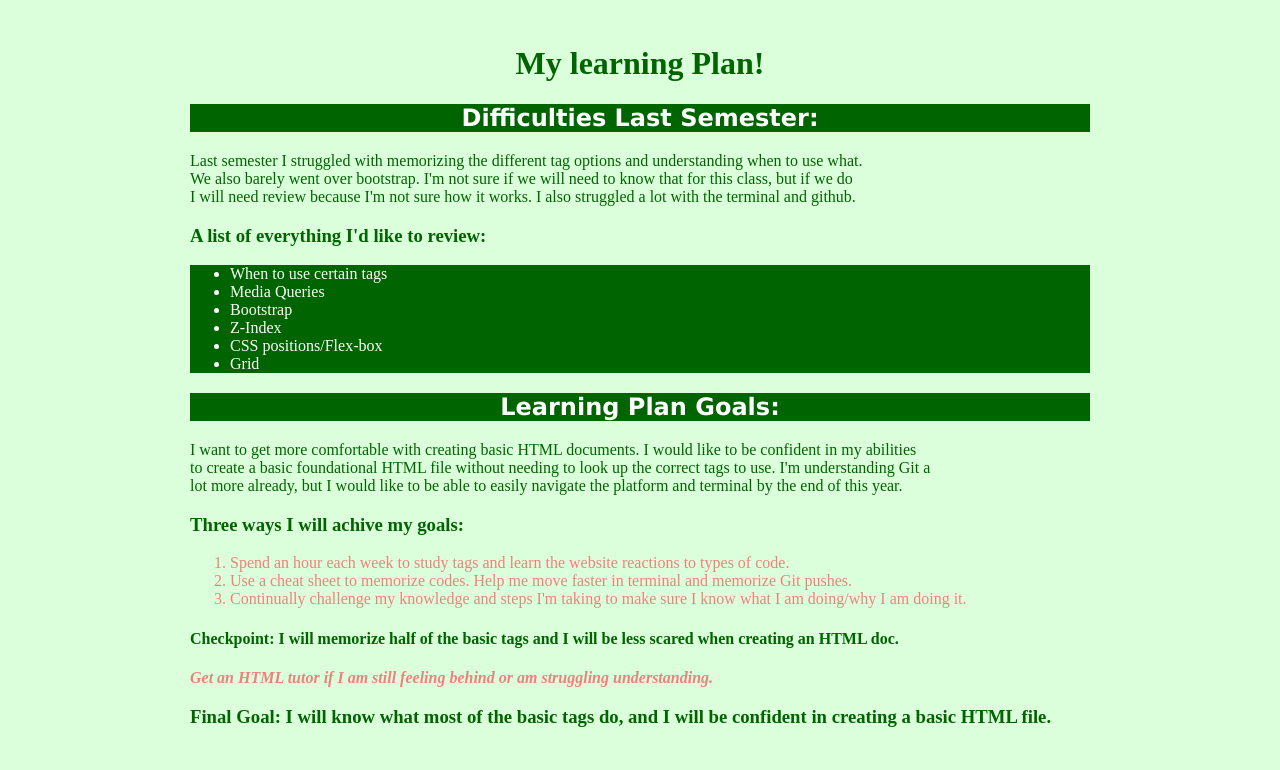
Repository: awollf/mdia-2109
Page: learning-plan.html
The author's editor kept a copy of each file at every save. The page is drawn from the files as they stood at one save, then again after the next save.
The browser window is 1280 px wide. The pictures show the whole page.

Above is the page before, as saved 2026-02-02 11:43:06.

After the next save:
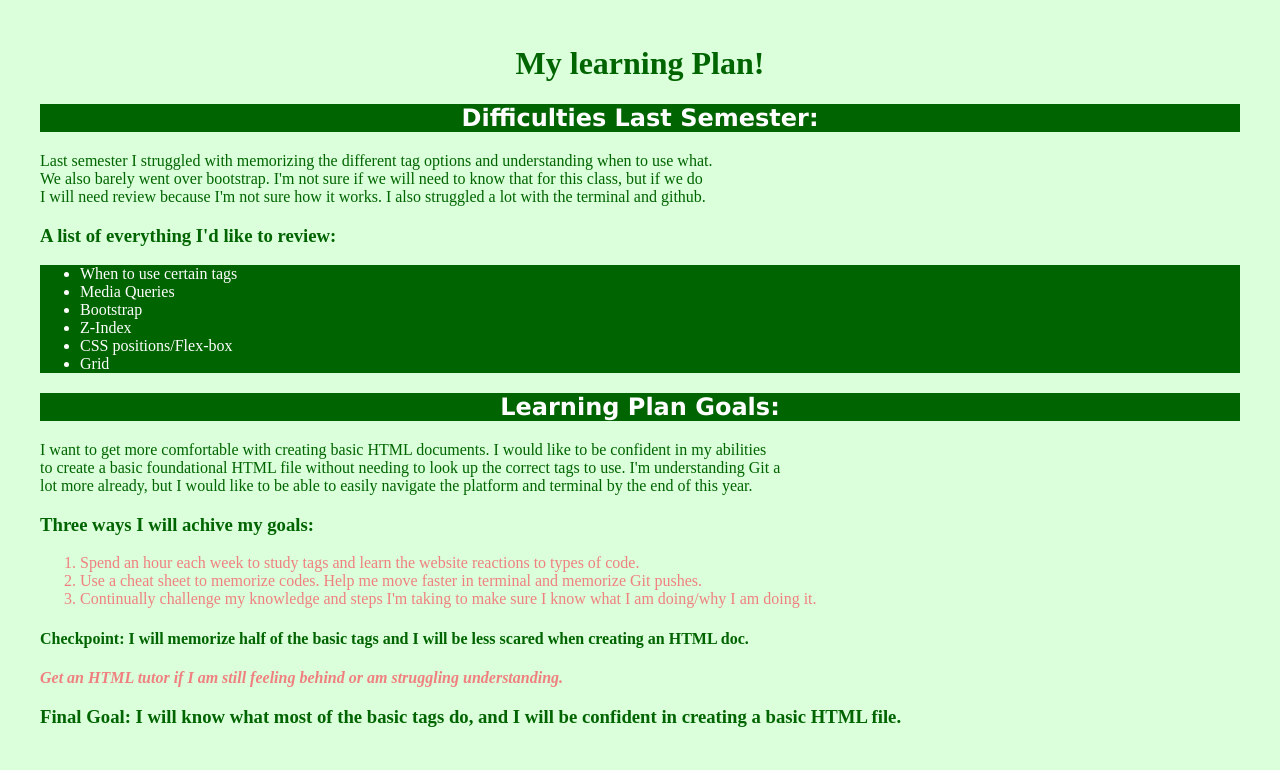
Saved 18 s later.
--- a/style.css
+++ b/style.css
@@ -3,7 +3,7 @@ body {
 }
 
 .page {
-  max-width: 900px;
+  max-width: 1200px;
   margin: 0 auto;
   padding: 1rem;
 }
